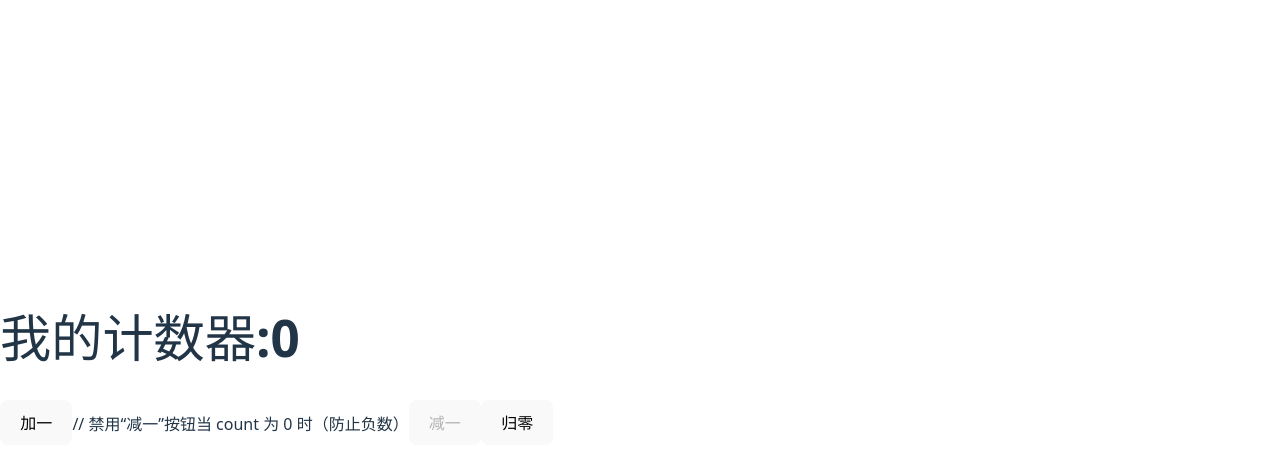
Repository: wangyanjun1999/learn-react
Page: / (app in mini_ex/my-counter-app/)
These files come from the project's save history. The page is drawn as it stood at one moment and after the next save; the edit follows.
The browser window is 1280 px wide. The pictures show the whole page.
The project was rebuilt for these pictures with package versions that can differ from the ones it lists, and the page was loaded fresh each time. Also part of the build but not shown: mini_ex/my-counter-app/vite.config.js.

Above is the page before, as saved 2025-03-21 14:45:56.

After the next save:
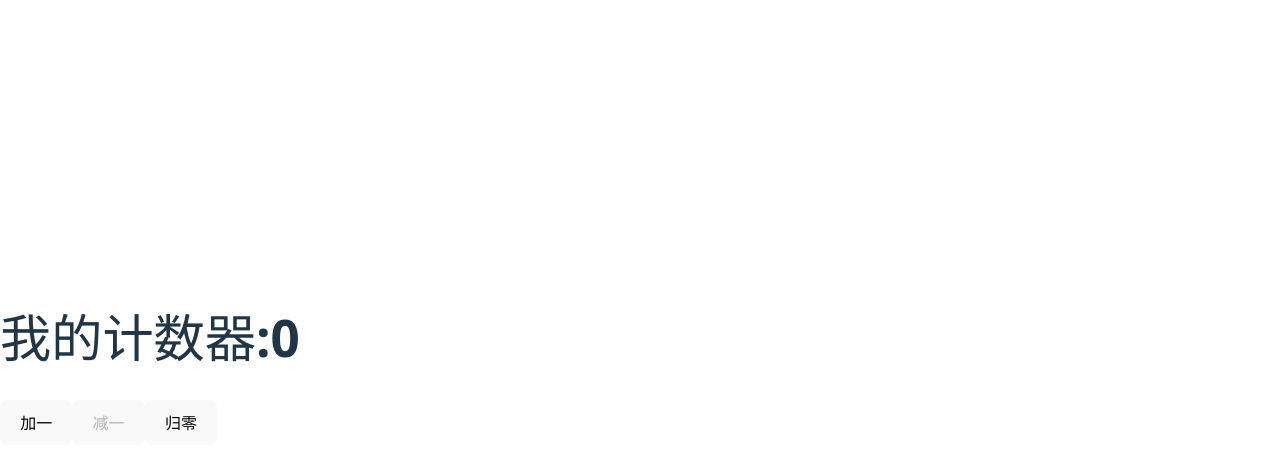
Saved 24 s later.
--- a/mini_ex/my-counter-app/src/App.jsx
+++ b/mini_ex/my-counter-app/src/App.jsx
@@ -27,7 +27,7 @@ function App() {
     <>
       <h1>我的计数器:{count}</h1>
       <button onClick={increase}>加一</button>
-  // 禁用“减一”按钮当 count 为 0 时（防止负数）
+      {/* 禁用“减一”按钮当 count 为 0 时（防止负数） */}
       <button onClick={decrease}   disabled={count === 0}>减一</button>
       <button onClick={reset}>归零</button>
     </>
